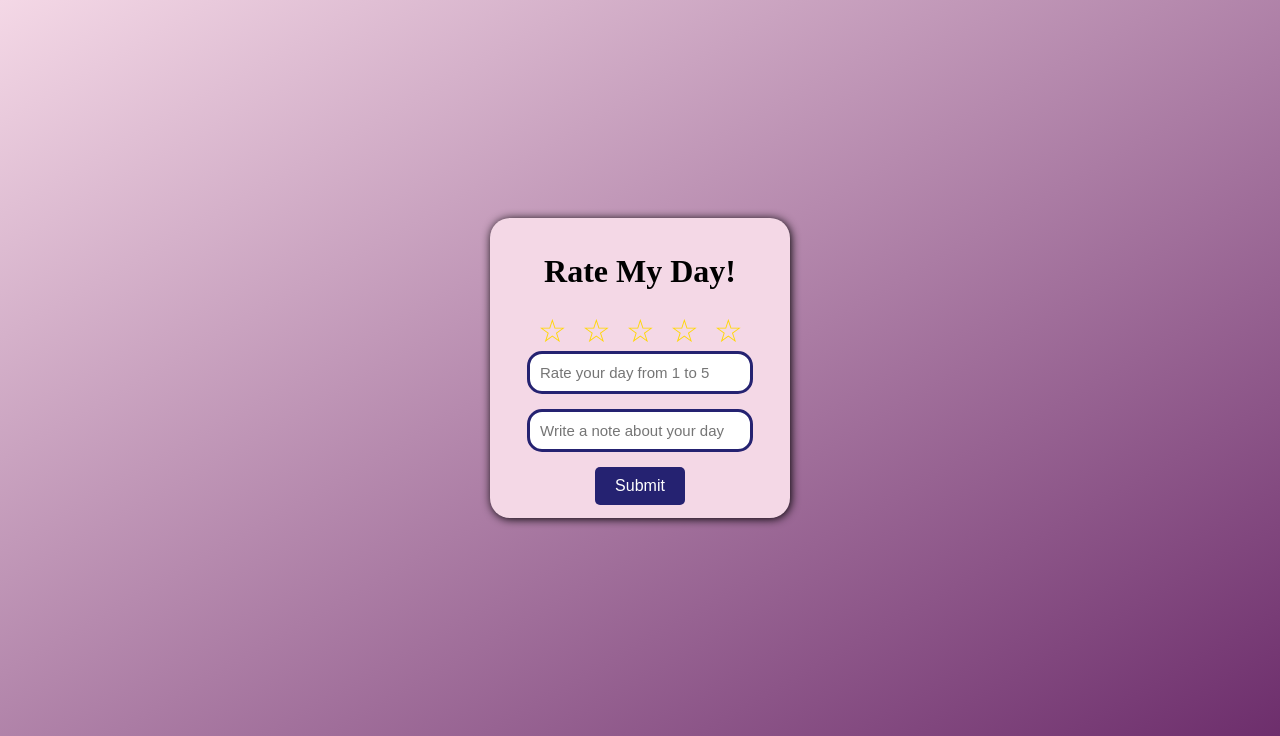
Repository: elenav24/RateMyDay
Page: frontend/index.html
These files come from the project's save history. The page is drawn as it stood at one moment and after the next save; the edit follows.
The browser window is 1280 px wide. The pictures show the whole page.

Above is the page before, as saved 2025-05-15 13:08:23.

### frontend/index.html
<!DOCTYPE html>

<html lang="en">
    <head>
        <meta charset="utf-8">
        <title>Rate My Day!</title>
        <meta name="description" content="Welcome to Rate My Day!">
        <meta name="viewport" content="width=device-width, initial-scale=1">
        <link rel="stylesheet" href="style.css">
    </head>
    <body>
        <div class="card">
            <h1>Rate My Day!</h1>
                <div class="stars">
                    <button class="star-btn" id="star1" onclick=fillStar(1) data-value="1"></button>
                    <button class="star-btn" id="star2" onclick=fillStar(2) data-value="2"></button>
                    <button class="star-btn" id="star3" onclick=fillStar(3) data-value="3"></button>
                    <button class="star-btn" id="star4" onclick=fillStar(4) data-value="4"></button>
                    <button class="star-btn" id="star5" onclick=fillStar(5) data-value="5"></button>
                </div>
            <input type="text" id="rating" placeholder="Rate your day from 1 to 5">
            <input type="text" id="note" placeholder="Write a note about your day">
            <button id="submit">Submit</button>
        </div>

        <script src="script.js" defer></script>
    </body>
</html>

### frontend/style.css
body {
    display: flex;
    justify-content: center;
    align-items: center;
    height: 100vh;
    background: linear-gradient(to right bottom, #f4d8e6, #6d2e6c);
}

.card {
    display: flex;
    flex-direction: column;
    align-items: center;
    justify-content: center;
    width: 300px;
    height: 300px;
    box-shadow: 1px 1px 10px #000;
    border-radius: 20px;
    background-color: #f4d8e6;
}

#rating, #note {
    border: 3px solid #252271;
    border-radius: 15px;
    width: 200px;
    padding: 10px;
    padding-left: 10px;
    margin-bottom: 15px;
    font-size: 15px;
}

#submit {
    background-color: #252271;
    color: white;
    border: none;
    border-radius: 5px;
    padding: 10px 20px;
    cursor: pointer;
    font-size: 16px;
}

.star-btn {
    width: 40px;
    height: 40px;
    background: none;
    border: none;
    cursor: pointer;
    font-size: 32px;
}

.star-btn:hover {
    color: gold;
}

.star-btn::before {
    content: '☆';
    color: gold;
}

.star-btn.filled {
    content: '★';
    color: gold;
}

### frontend/script.js
document.addEventListener('DOMContentLoaded', () => {
    const button = document.getElementById('submit');
    const rating = document.getElementById('rating');
    const ratingValue = rating.dataset.value;
    const note = document.getElementById('note');

    button.addEventListener('click', async () => {
        const ratingValue = parseInt(rating.value);
        const noteValue = note.value;

        if (isNaN(ratingValue) || ratingValue < 1 || ratingValue > 5) {
            alert('Please enter a valid rating between 1 and 5.');
            return;
        }

        const payload = {
            rating: ratingValue,
            note: noteValue
        };

        try {
            const response = await fetch('http://localhost:8000/rate', {
                method: 'POST',
                headers: {
                    'Content-Type': 'application/json'
                },
                body: JSON.stringify(payload)

            });

            const data = await response.json();
            alert(data.message);



        } catch (error) {
            console.error('Submission Error:', error);
            alert('An error occurred while submitting your rating.');
        }

        // Clear the input fields after submission
        rating.value = '';
        note.value = '';

    });

});

function fillStar(value) {
    const stars = document.querySelectorAll('.stars');
    stars.forEach((star, index) => {
        if (index < value) {
            star.classList.add('filled');
        } else {
            star.classList.remove('filled');
        }
    });
}

After the next save:
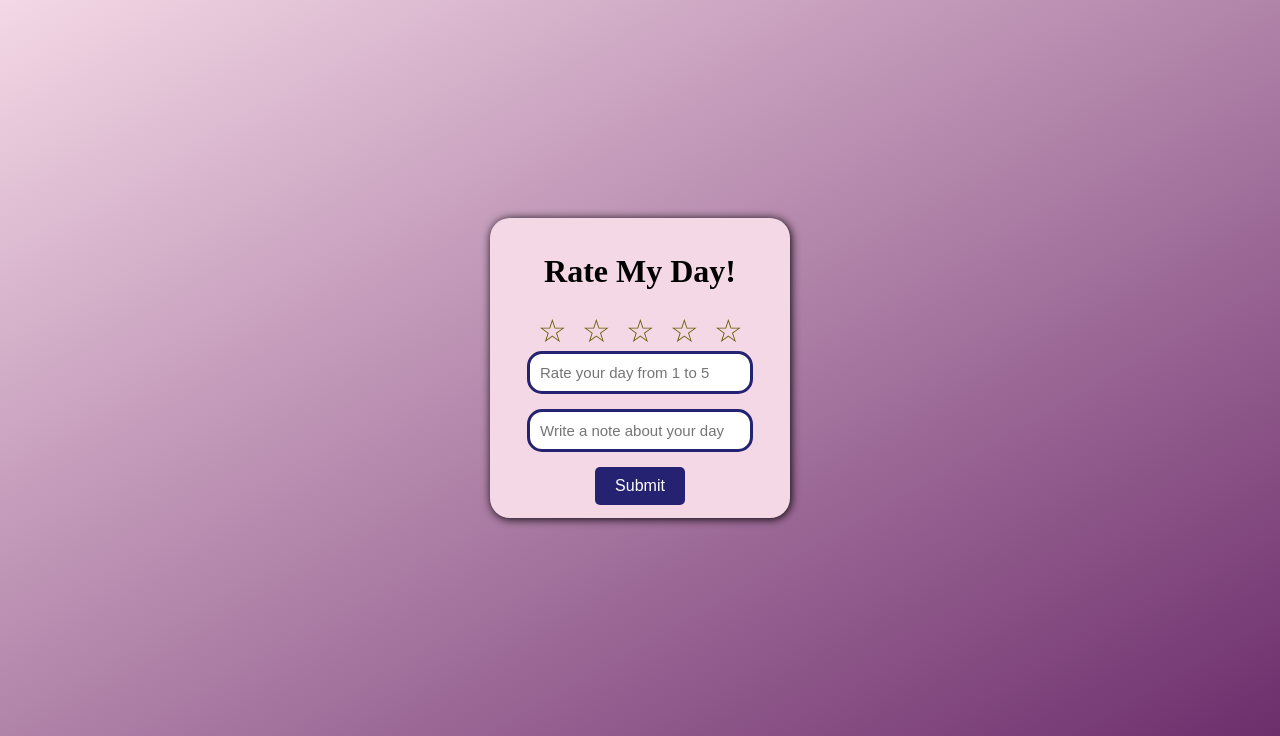
Saved 31 s later.
--- a/frontend/style.css
+++ b/frontend/style.css
@@ -53,7 +53,7 @@ body {
 
 .star-btn::before {
     content: '☆';
-    color: gold;
+    color: rgb(108, 94, 12);
 }
 
 .star-btn.filled {
